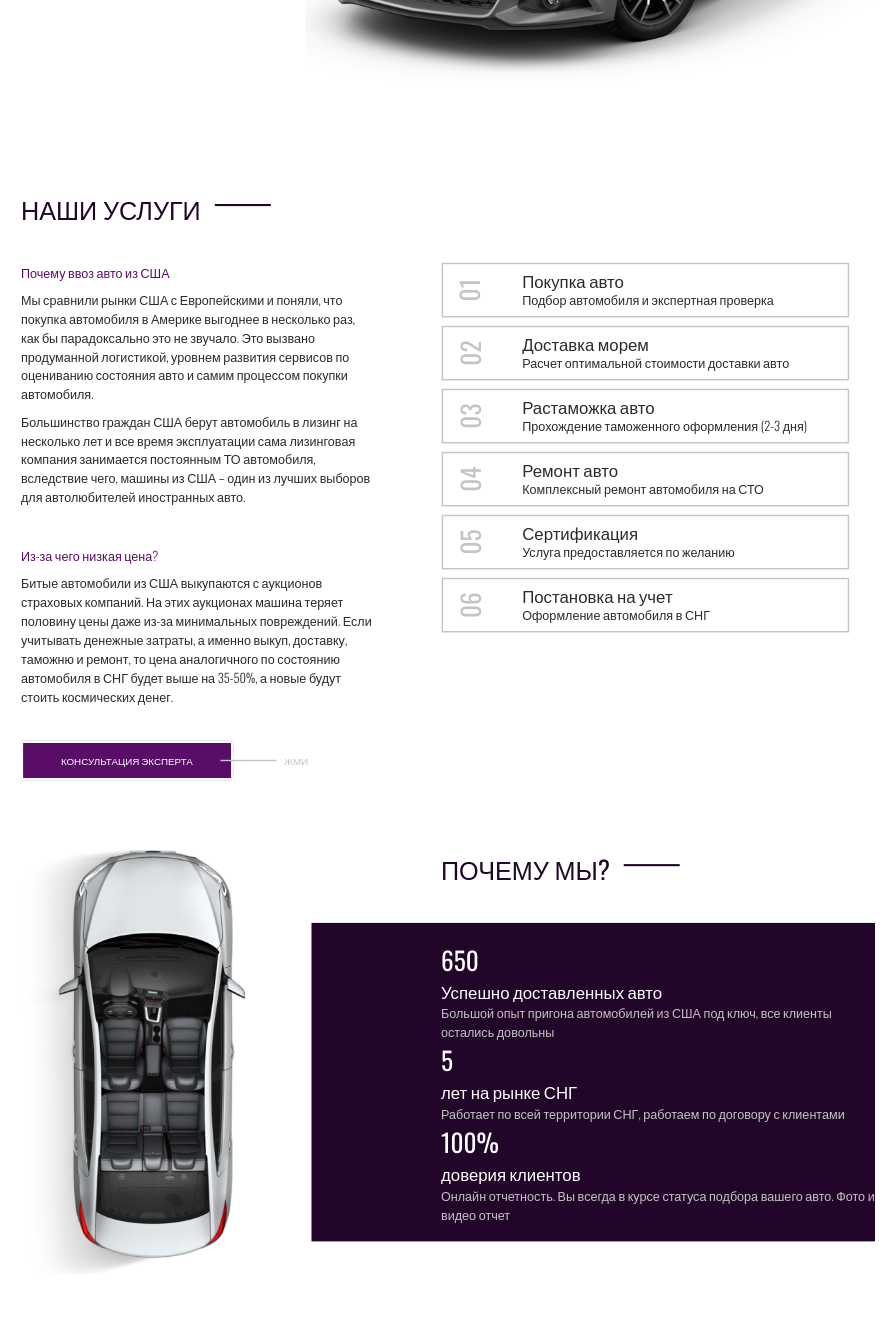
Repository: AlexandrLewandowski/site-1
Page: index.html
The author's editor kept a copy of each file at every save. The page is drawn from the files as they stood at one save, then again after the next save.
The browser window is 1280 px wide. The pictures show the part of the page from y = 779 to 2699 px (the page is 2699 px tall), at 70% of full size.

Above is the page before, as saved 2024-05-02 13:52:50.

After the next save:
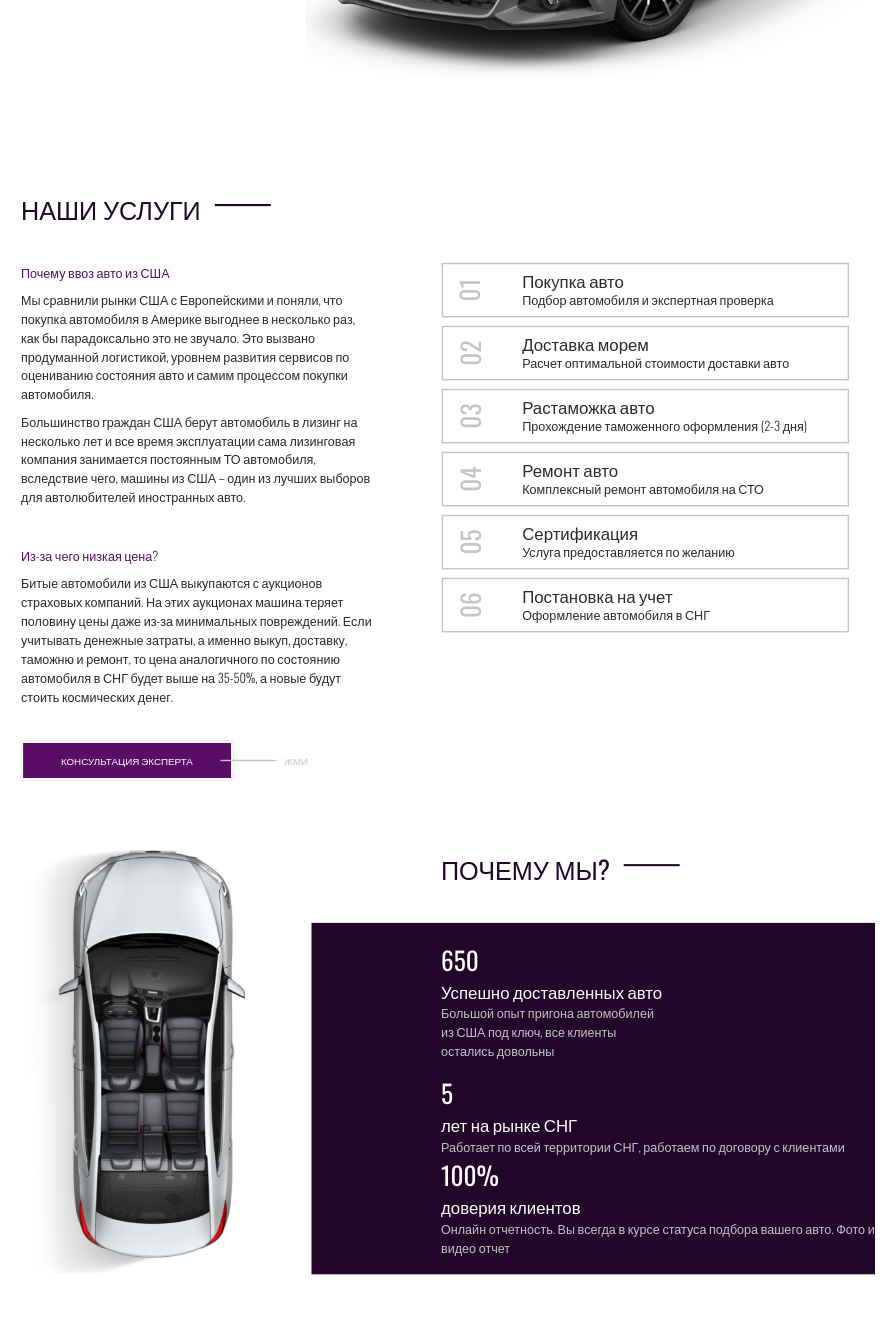
Saved 33 min 3 s later.
--- a/index.html
+++ b/index.html
@@ -129,7 +129,7 @@
                 <div class="benefits__content">
                     <h2 class="title benefits__title">Почему мы?</h2>
                     <ul class="benefits__list">
-                        <li class="benefits__list-item">
+                        <li class="benefits__item">
                             <p class="benefits__item-num">
                                 650
                             </p>
